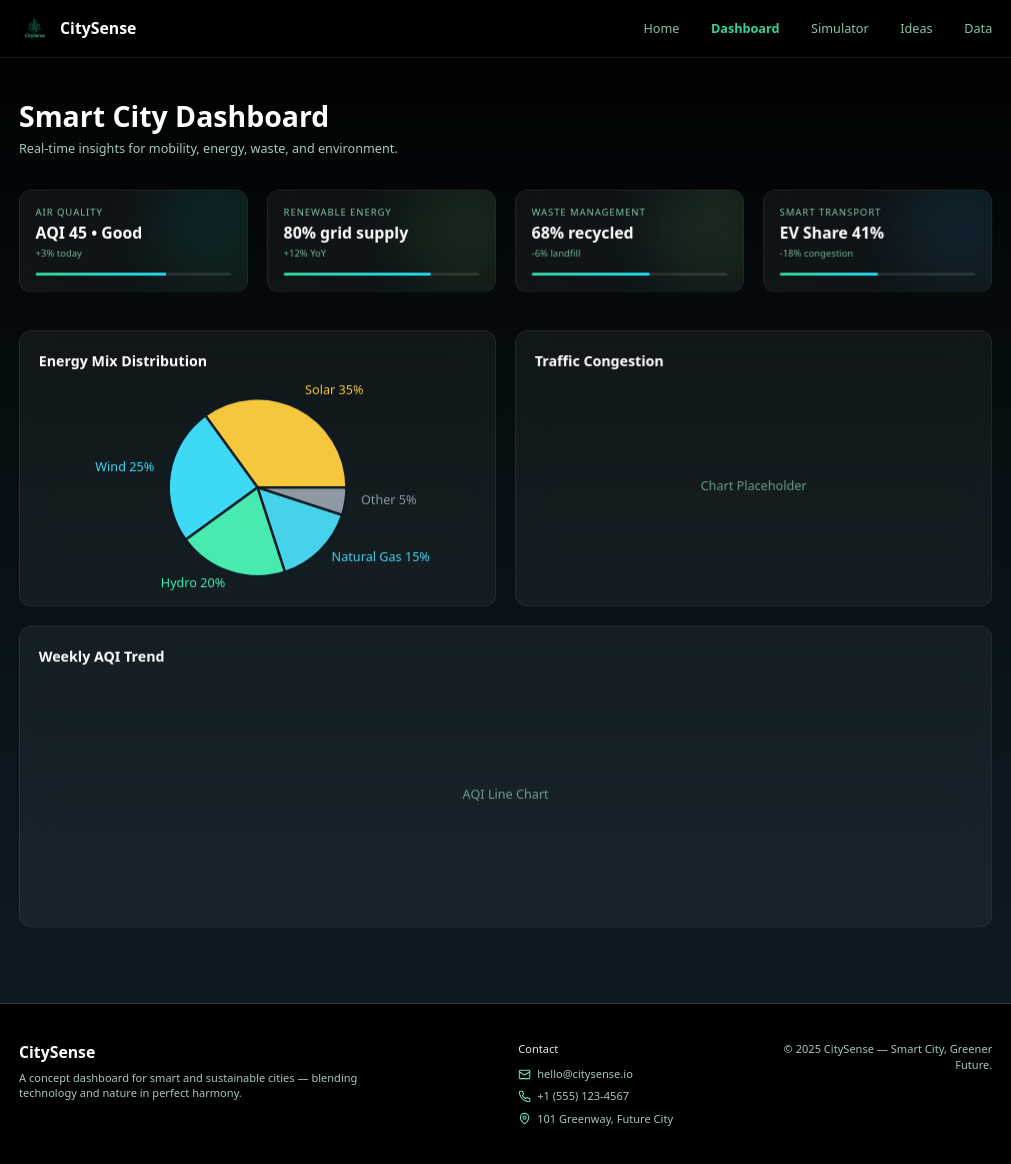
Repository: crashyet/CitySense
Page: /dashboard
These files come from the project's save history. The page is drawn as it stood at one moment and after the next save; the edit follows.
The browser window is 1280 px wide. The pictures show the whole page, at 79% of full size.
The project was rebuilt for these pictures with package versions that can differ from the ones it lists, and the page was loaded fresh each time. Also part of the build but not shown: vite.config.js, src/pages/landing/Hero.jsx, src/pages/landing/DashboardPreview.jsx, src/pages/landing/Infographic.jsx, src/pages/landing/Community.jsx, src/pages/landing/index.jsx, src/pages/Simulator/index.jsx, src/pages/Ideas/index.jsx and 1 more.

Above is the page before, as saved 2025-11-16 23:28:24.

After the next save:
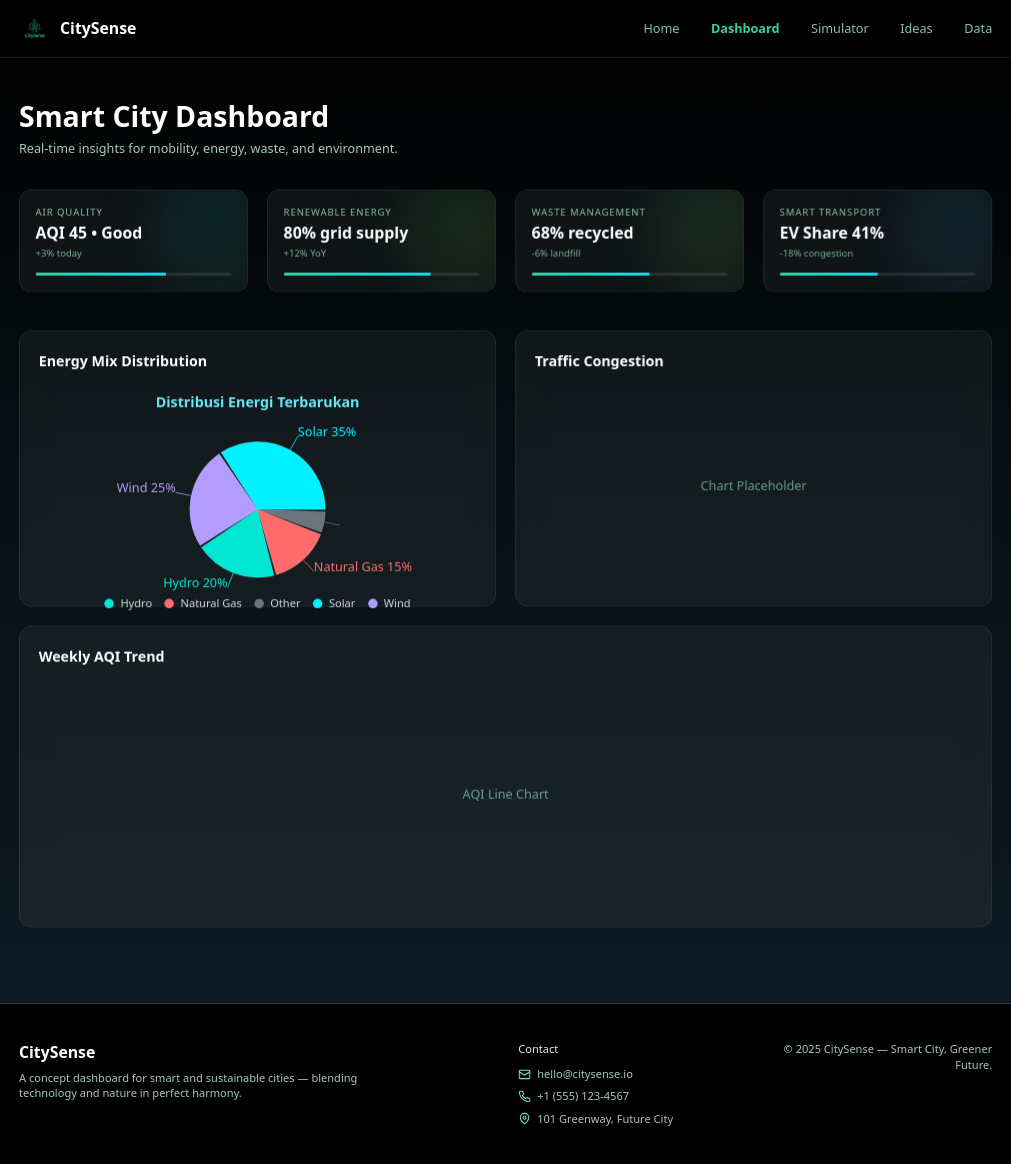
Saved 91 s later.
--- a/src/components/EnergyPieChart.jsx
+++ b/src/components/EnergyPieChart.jsx
@@ -1,51 +1,93 @@
-import { PieChart, Pie, Cell, Tooltip, ResponsiveContainer } from "recharts";
+import { PieChart, Pie, Cell, Tooltip, ResponsiveContainer, Legend } from "recharts";
 
 const data = [
-  { name: "Solar", value: 35, color: "hsl(45 90% 60%)" },
-  { name: "Wind", value: 25, color: "hsl(189 90% 60%)" },
-  { name: "Hydro", value: 20, color: "hsl(158 80% 60%)" },
-  { name: "Natural Gas", value: 15, color: "hsl(189 80% 60%)" },
-  { name: "Other", value: 5, color: "hsl(210 10% 60%)" },
+  { name: "Solar", value: 35, color: "#00f2fe", lightColor: "rgba(0, 242, 254, 0.1)" },
+  { name: "Wind", value: 25, color: "#b29cff", lightColor: "rgba(178, 156, 255, 0.1)" },
+  { name: "Hydro", value: 20, color: "#00e6d2", lightColor: "rgba(0, 230, 209, 0.1)" },
+  { name: "Natural Gas", value: 15, color: "#ff6b6b", lightColor: "rgba(255, 107, 107, 0.1)" },
+  { name: "Other", value: 5, color: "#6c757d", lightColor: "rgba(108, 117, 125, 0.1)" },
 ];
 
 export default function EnergyPieChart() {
   return (
-    <div className="w-full h-[260px] flex items-center justify-center">
-      <ResponsiveContainer width="100%" height="100%">
-        <PieChart>
-          <Pie
-            data={data}
-            dataKey="value"
-            nameKey="name"
-            cx="50%"
-            cy="50%"
-            outerRadius="90%"
-            stroke="#0d1a24"     // darker outline → modern look
-            strokeWidth={3}
-            paddingAngle={0}     // spacing antar sektor (lebih elegan)
-            label={({ name, value }) => `${name} ${value}%`}
-            labelLine={false}    // tanpa garis — lebih bersih
-          >
-            {data.map((entry, index) => (
-              <Cell key={index} fill={entry.color} />
-            ))}
-          </Pie>
+    <div className="w-full h-[300px] flex flex-col items-center justify-center">
+      {/* Judul Grafik */}
+      <h3 className="text-lg font-semibold text-cyan-300 mb-4">
+        Distribusi Energi Terbarukan
+      </h3>
 
-          {/* Tooltip modern dengan glassmorphism */}
-          <Tooltip
-            contentStyle={{
-              background: "rgba(0,0,0,0.4)",
-              border: "1px solid rgba(255,255,255,0.15)",
-              backdropFilter: "blur(6px)",
-              color: "#fff",
-              borderRadius: "10px",
-              padding: "8px 12px",
-              fontSize: "14px",
-            }}
-            itemStyle={{ color: "#fff" }}
-          />
-        </PieChart>
-      </ResponsiveContainer>
+      <div className="w-full h-[240px]">
+        <ResponsiveContainer width="100%" height="100%">
+          <PieChart>
+            <Pie
+              data={data}
+              dataKey="value"
+              nameKey="name"
+              cx="50%"
+              cy="50%"
+              innerRadius={0}    // Mengubah menjadi pie chart biasa, bukan donut
+              outerRadius="85%"
+              paddingAngle={2}
+              label={({ name, percent }) => {
+                const formattedPercent = (percent * 100).toFixed(0);
+                return formattedPercent > 8 ? `${name}\n${formattedPercent}%` : null; // Hanya tampilkan label jika cukup besar
+              }}
+              labelLine={true}
+              labelStyle={{ fill: '#e2e8f0', fontSize: 12, fontWeight: 'bold', stroke: 'none' }}
+            >
+              {data.map((entry, index) => (
+                <Cell
+                  key={`cell-${index}`}
+                  fill={entry.color}
+                  stroke="rgba(255,255,255,0.2)"
+                  strokeWidth={1}
+                  style={{ outline: 'none' }}
+                />
+              ))}
+            </Pie>
+
+            {/* Tooltip Modern */}
+            <Tooltip
+              contentStyle={{
+                background: "rgba(15, 23, 42, 0.9)",
+                border: "1px solid rgba(56, 189, 248, 0.3)",
+                backdropFilter: "blur(8px)",
+                color: "#e2e8f0",
+                borderRadius: "8px",
+                padding: "10px",
+                fontSize: "13px",
+                boxShadow: "0 4px 12px rgba(0,0,0,0.2)",
+              }}
+              itemStyle={{ color: "#00f2fe" }}
+              formatter={(value) => [`${value}%`, 'Energi']}
+              labelStyle={{ color: "#b29cff", fontWeight: 'bold' }}
+            />
+
+            {/* Legenda Horizontal di Bawah */}
+            <Legend
+              layout="horizontal"
+              verticalAlign="bottom"
+              align="center"
+              content={(props) => {
+                const { payload } = props;
+                return (
+                  <ul className="flex flex-wrap justify-center gap-4 mt-2">
+                    {payload.map((entry, index) => (
+                      <li key={`item-${index}`} className="flex items-center">
+                        <span
+                          className="w-3 h-3 rounded-full mr-2"
+                          style={{ backgroundColor: entry.color }}
+                        ></span>
+                        <span className="text-gray-300 text-sm">{entry.value}</span>
+                      </li>
+                    ))}
+                  </ul>
+                );
+              }}
+            />
+          </PieChart>
+        </ResponsiveContainer>
+      </div>
     </div>
   );
 }
